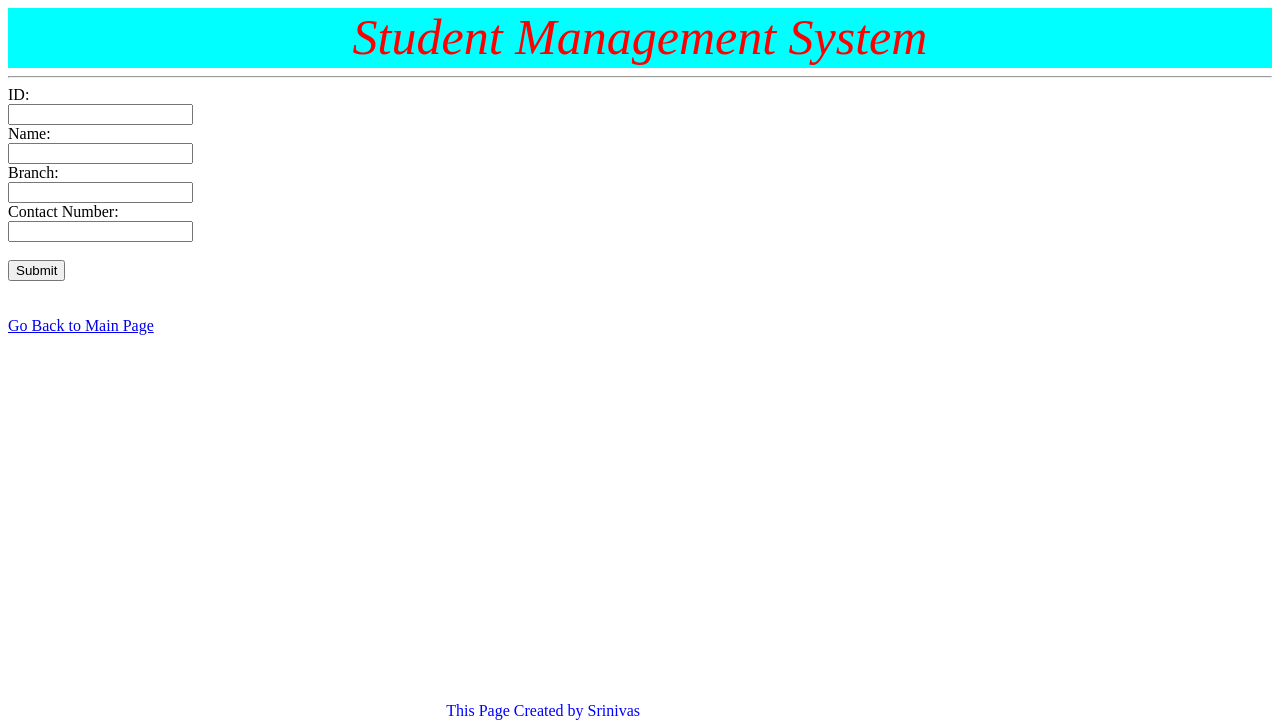
Repository: Aviligonda/Servlet_Programs
Page: http://localhost/StudentManagementSystem/register.jsp
An editor plug-in stored every save of this project. The page is shown before and after a run of saves, followed by the edit.
The browser window is 1280 px wide. The pictures show the whole page.
The page is served by Tomcat 9.

Above is the page before, as saved 2024-11-25 13:27:05.

After the next 2 saves:
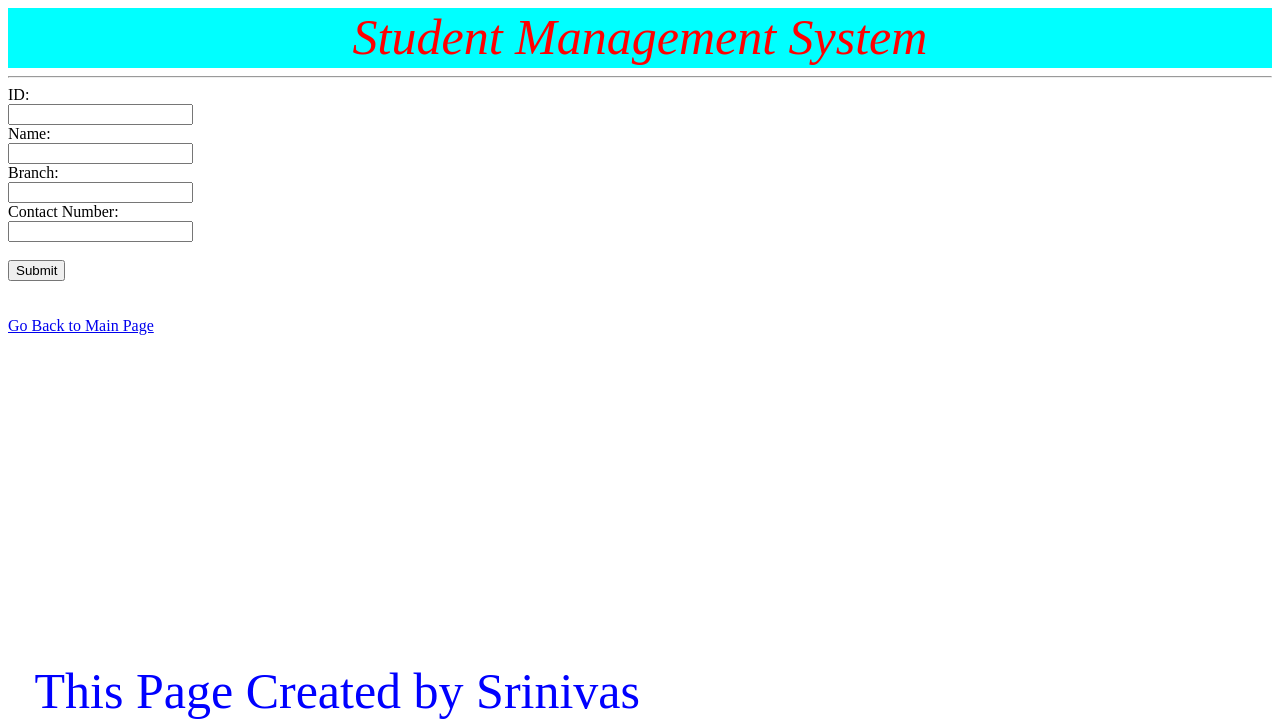
The 2 saves are shown as one change because they came seconds apart.
The last was saved 18 s later.
--- a/StudentManagementSystem/src/main/webapp/footer.jsp
+++ b/StudentManagementSystem/src/main/webapp/footer.jsp
@@ -7,7 +7,7 @@
 <title>Insert title here</title>
 </head>
 <body>
-<div style="color:blue;text-align:center;display : block; position: absolute;bottom: 0;right:50%;font-style:bold;">
+<div style="color:blue;text-align:center;display : block; position: absolute;bottom: 0;right:50%;font-size:50px;">
 <!-- <footer style="color:blue; text-align:center;display : block; position: absolute;bottom: 0;right:0;font-size=50px;">This Page Created by Srinivas</footer> -->
 This Page Created by Srinivas
 </div>
